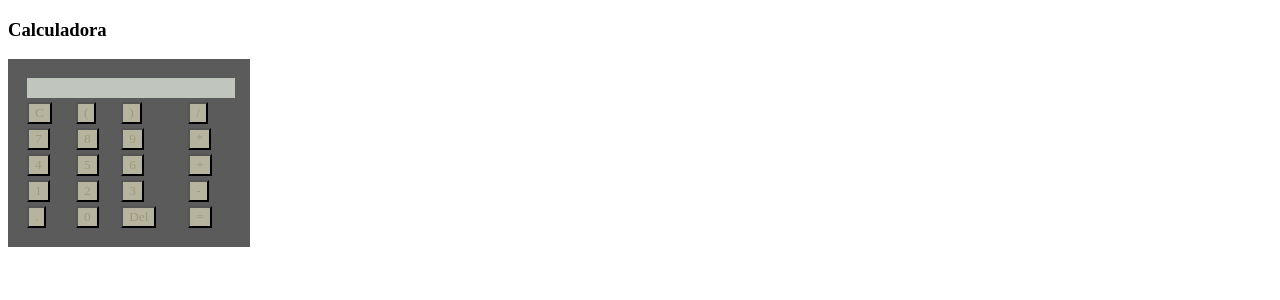
Repository: ServerK001/CalcJsVanilha
Page: index.html
The author's editor kept a copy of each file at every save. The page is drawn from the files as they stood at one save, then again after a run of saves.
The browser window is 1280 px wide. The pictures show the whole page.
Some web fonts or font styles are not loaded; a fallback is used.

Above is the page before, as saved 2022-02-14 08:44:51.

After the next 2 saves:
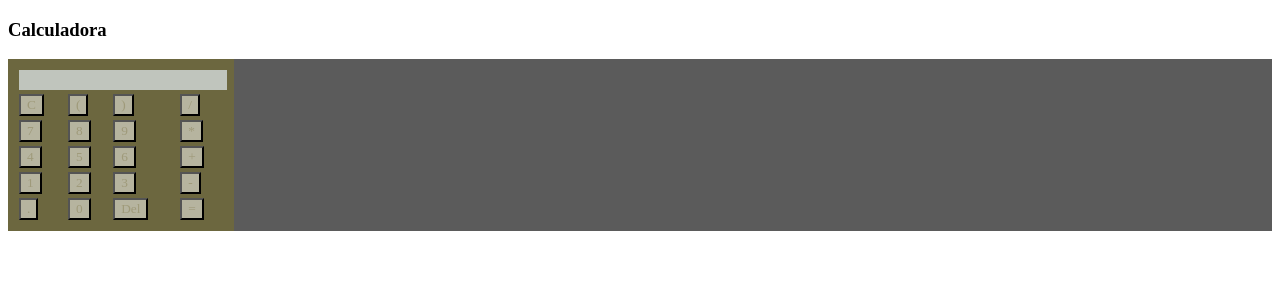
The 2 saves are shown as one change because they came seconds apart.
The last was saved 7 s later.
--- a/style.css
+++ b/style.css
@@ -31,11 +31,8 @@
     background-color: var(--bgCalc);
     padding: 0.5rem;
 }
-.calculadora{
-    background-color: var(--bgConteiner);
-    padding: 1rem;
-}
+
 
 .body{
-    background-color: ;
+    background-color: var(--bgConteiner);
 }
